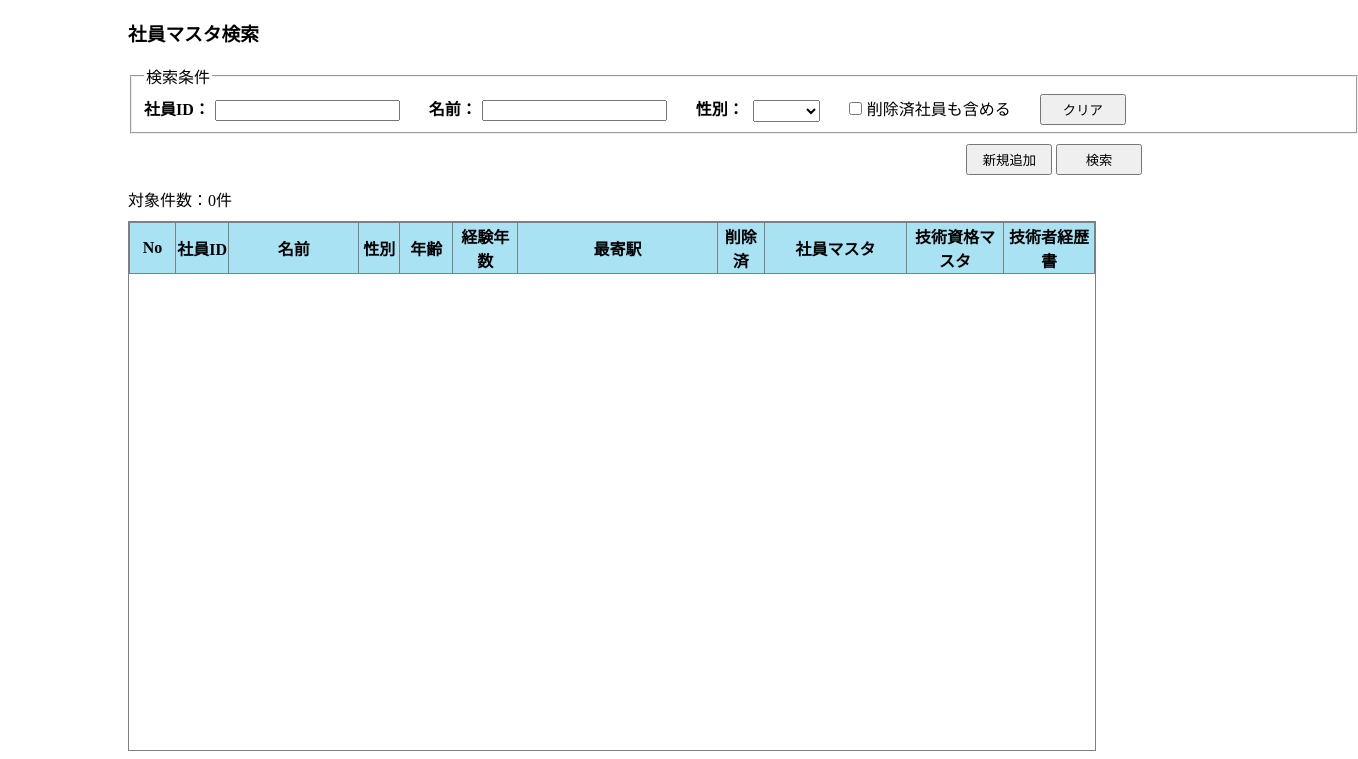
Repository: nguyenvantandev/WebApp
Page: http://localhost/EmployeeInfoSystem/
The author's editor kept a copy of each file at every save. The page is drawn from the files as they stood at one save, then again after the next save.
The browser window is 1280 px wide. The page is 1358 px wide, so the pictures cover 1358 px, including what lies to the right of the window. The pictures show the whole page.
An inner scrolling area shows only its first screen. Some web libraries are served in a nearby version. The page is served by Tomcat 9. The template is opened directly, without the code that normally fills it, so the values that code supplies are empty.

Above is the page before, as saved 2016-05-31 02:08:31.
Console error: TypeError: Cannot read properties of null (reading 'value')

After the next save:
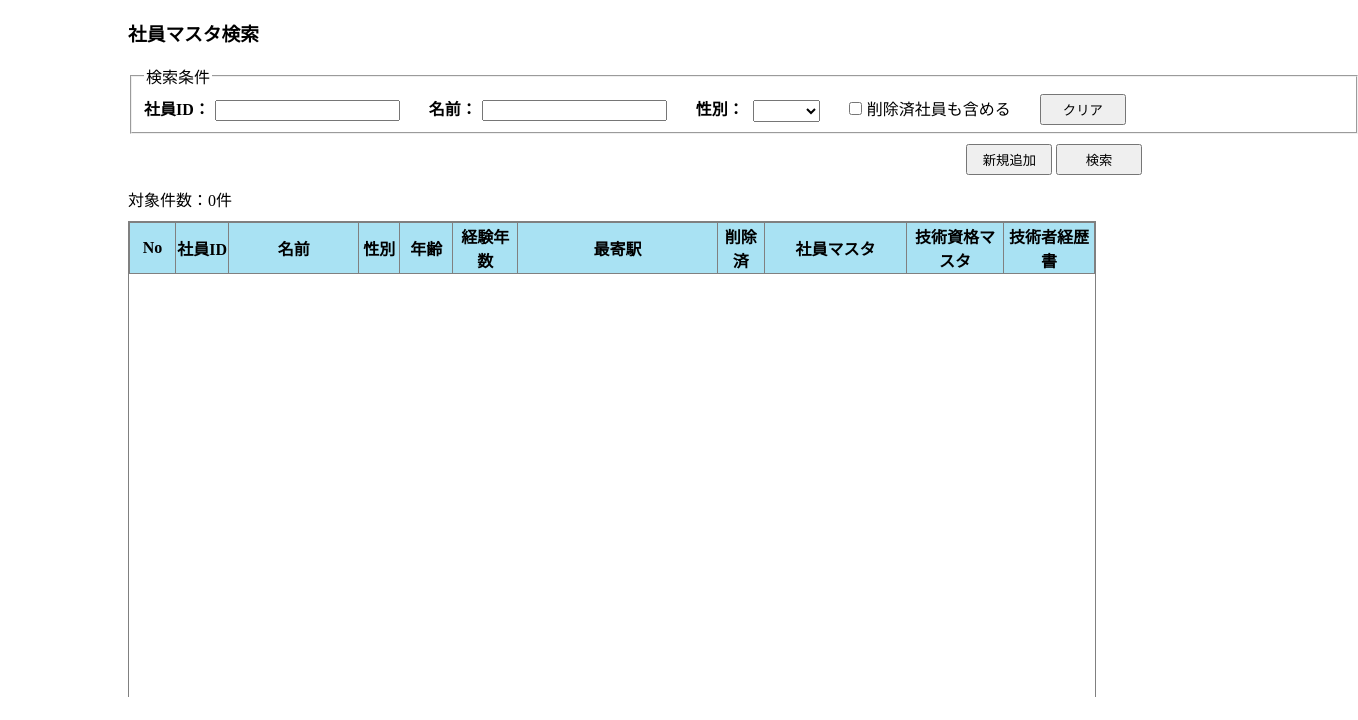
Saved 8 min 55 s later.
--- a/EmployeeInfoSystem/WebContent/EmployeeSearch.jsp
+++ b/EmployeeInfoSystem/WebContent/EmployeeSearch.jsp
@@ -48,7 +48,7 @@
 				</c:if>
 			</div>
 			<input type="hidden" id="kennsu" name="kennsu" value="<%=((Integer) request.getAttribute("count"))%>">
-			<div id="list">
+			<div id="list" style="overflow:auto; height: 476px">
 				<table id="table" border="1">
 					<thead style="display: block;">
 						<tr>
